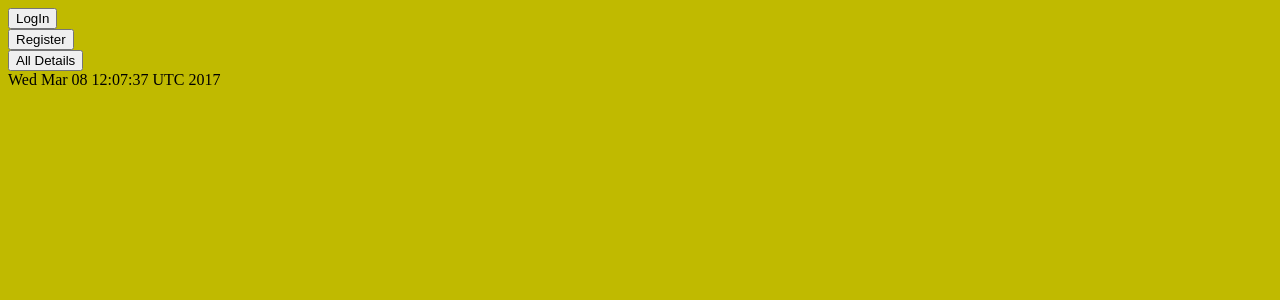
Repository: iamvinayhv/Servlet
Page: http://localhost/EmployeeApp/jsp/welcome.jsp
An editor plug-in stored every save of this project. The page is shown before and after the next save, followed by the edit.
The browser window is 1280 px wide. The pictures show the whole page.
The page is served by Tomcat 9. Other server files are loaded and not shown.

Above is the page before, as saved 2017-03-09 13:42:24.

### EmployeeApp/WebContent/jsp/welcome.jsp
<%@ page language="java" contentType="text/html; charset=UTF-8" import="java.util.*"
    pageEncoding="UTF-8"%>
<!DOCTYPE html PUBLIC "-//W3C//DTD HTML 4.01 Transitional//EN" "http://www.w3.org/TR/html4/loose.dtd">
<html>
<head>
<meta http-equiv="Content-Type" content="text/html; charset=UTF-8">
<title>Insert title here</title>
</head>
<body bgcolor="cobalt">

<a href="login.jsp">
<input type="submit" value="LogIn"><br/></a>

<a href="register.jsp">
<input align="right" type= "submit" value="Register"></a><br/>

<a href="details.jsp">
<input align="right" type= "submit" value="All Details"></a><br/>


<% Date d=new Date();%>
<%=d %>
</body>
</html>

After the next save:
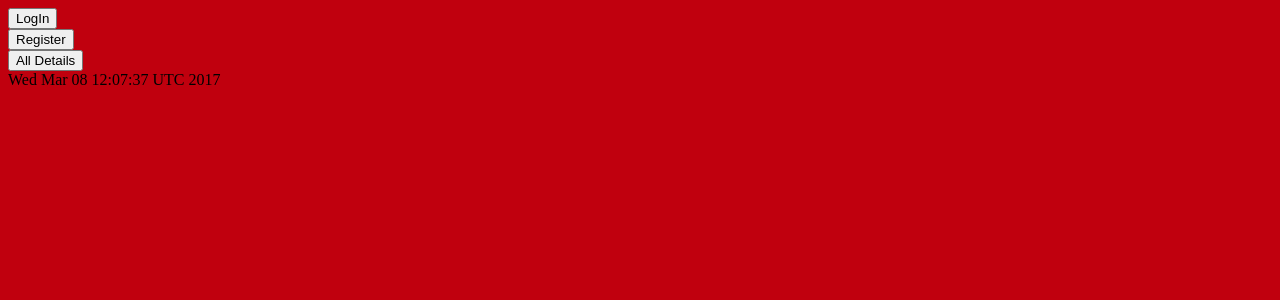
Saved 12 s later.
--- a/EmployeeApp/WebContent/jsp/welcome.jsp
+++ b/EmployeeApp/WebContent/jsp/welcome.jsp
@@ -6,7 +6,7 @@
 <meta http-equiv="Content-Type" content="text/html; charset=UTF-8">
 <title>Insert title here</title>
 </head>
-<body bgcolor="cobalt">
+<body bgcolor="cobaltblue">
 
 <a href="login.jsp">
 <input type="submit" value="LogIn"><br/></a>
